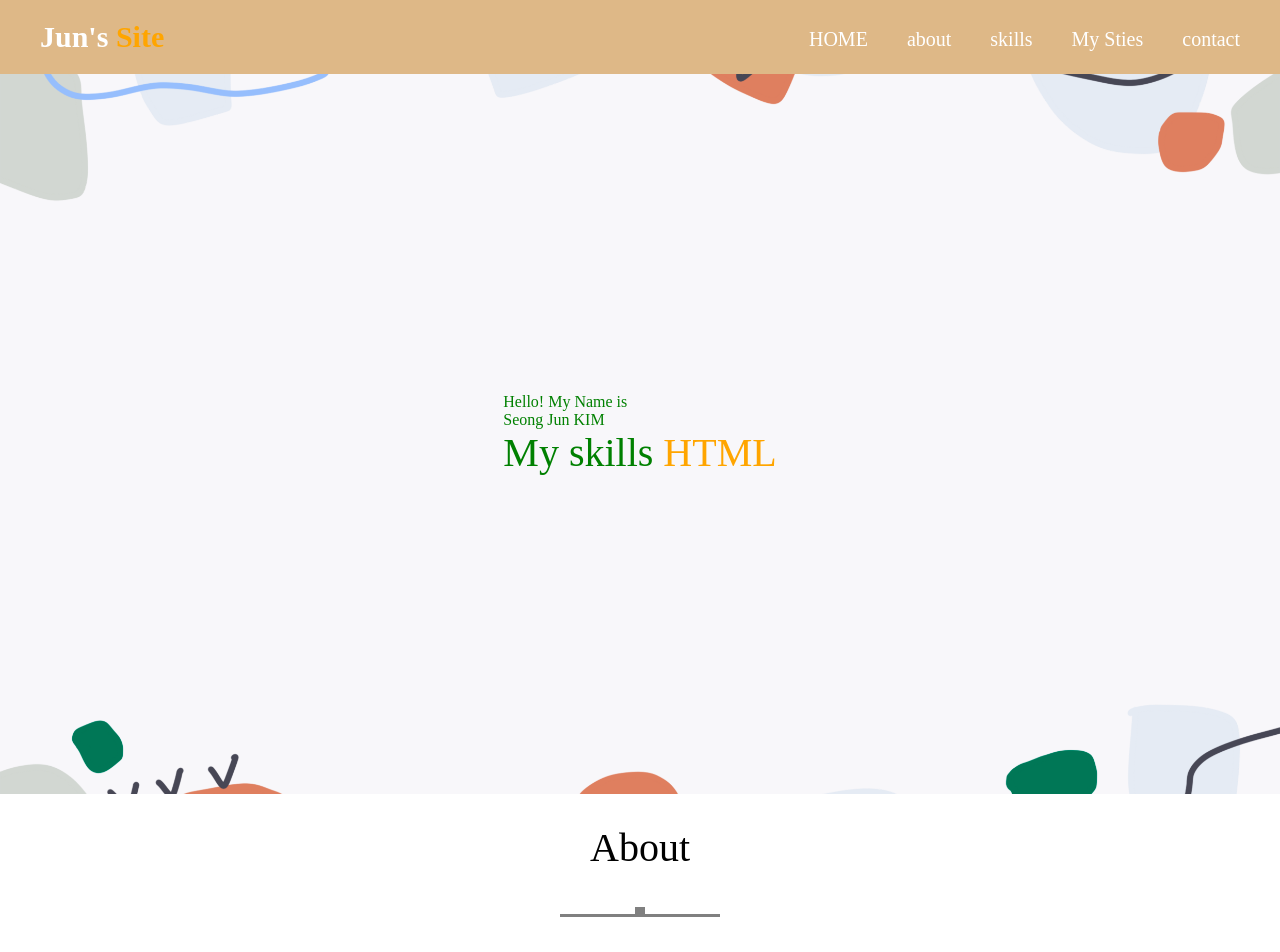
Repository: jun01270/jun
Page: index.html
The author's editor kept a copy of each file at every save. The page is drawn from the files as they stood at one save, then again after the next save.
The browser window is 1280 px wide. The pictures show the part of the page from y = 0 to 952 px (the page is 2474 px tall).
A picture or video elsewhere on the page could not be fetched, so the positions and the page height are approximate. Some web libraries are served in a nearby version.

Above is the page before, as saved 2023-05-10 11:32:43.

### index.html
<!DOCTYPE html>
<html lang="en">
  <head>
    <meta charset="UTF-8" />
    <meta http-equiv="X-UA-Compatible" content="IE=edge" />
    <meta name="viewport" content="width=device-width, initial-scale=1.0" />
    <link rel="stylesheet" href="./css/style.css" />
    <link rel="stylesheet" href="./css/home.css" />
    <script
      src="https://kit.fontawesome.com/252eac6dbf.js"
      crossorigin="anonymous"
    ></script>
    <title>Jun's site</title>
  </head>
  <body>
    <nav class="navbar">
      <div class="max-width">
        <div class="logo">
          <a href="#home">Jun's <span>Site</span></a>
        </div>
        <ul class="menu-bar">
          <li><a href="#home" class="menu-btn" id="homeID">HOME</a></li>
          <li><a href="#about" class="menu-btn" id="homeID">about</a></li>
          <li><a href="#skills" class="menu-btn">skills</a></li>
          <li><a href="#my-sites" class="menu-btn">My Sties</a></li>
          <li><a href="#contact" class="menu-btn">contact</a></li>
        </ul>
      </div>
    </nav>

    <!--home섹션-->
    <section class="home" id="home">
      <div class="max-width">
        <div class="home-section">
          <div class="text-1">Hello! My Name is</div>
          <div class="text-2">Seong Jun KIM</div>
          <div class="text-3">My skills <span class="typing1">HTML</span></div>
        </div>
      </div>
    </section>

    <!--about섹션-->
    <section class="about">
      <div class="max-width">
        <h2 class="title">About</h2>
        <div class="about-content">
          <div class="left-column"></div>
          <div class="right-column">
            <div class="about-text">I'm Seong Jun KIM</div>
            <div class="about-skills">
              My skills <span class="typing2">HTML</span>
            </div>
            <p>
              안녕하세요 프론트엔드 개발자를 꿈꾸는 주니어 개발자 김성준입니다.
            </p>
          </div>
        </div>
      </div>
    </section>

    <!--skills섹션-->
    <section class="skills">
      <div class="max-width">
        <h2 class="title">My Skills</h2>
        <div class="skills-content">
          <div class="left-column">
            <div class="skills-text">
              <div class="sub-title">My skills & Experience</div>
              <p>HTML, Css, js , react를 다루고 있습니다.</p>
            </div>
          </div>
          <div class="rigth-column">
            <div class="bars">
              <div class="bars-content">
                <span>HTML</span>
                <span>90%</span>
              </div>
              <div class="line-html"></div>
            </div>
            <div class="bars">
              <div class="bars-content">
                <span>Css</span>
                <span>80%</span>
              </div>
              <div class="line-css"></div>
            </div>
            <div class="bars">
              <div class="bars-content">
                <span>JS</span>
                <span>80%</span>
              </div>
              <div class="line-js"></div>
            </div>
            <div class="bars">
              <div class="bars-content">
                <span>React</span>
                <span>80%</span>
              </div>
              <div class="line-react"></div>
            </div>
          </div>
        </div>
      </div>
    </section>

    <!--My sties섹션-->
    <section class="my-sites">
      <div class="max-width">
        <h2 class="title">My Sites</h2>
        <div class="my-sites-content">
          <div class="left-column">
            <a href="https://web-jun.tistory.com/" target="_blank">
              <div class="site">
                <div class="site-images">
                  <img src="/img/blog.jpg" alt="" />
                  <div class="site-text">BLOG</div>
                  <p>개발하는 블로그입니다.</p>
                </div>
              </div>
            </a>
          </div>
          <div class="right-column">
            <a href="https://github.com/jun01270" target="_blank">
              <div class="site">
                <div class="site-images">
                  <img src="/img/github.jpg" alt="" />
                  <div class="site-text">BLOG</div>
                  <p>깃허브 사이트입니다.</p>
                </div>
              </div>
            </a>
          </div>
        </div>
      </div>
    </section>

    <!--Contact 섹션-->
    <section class="contact">
      <div class="max-width">
        <h2 class="title">Contact me</h2>
        <div class="contact-content">
          <div class="left-column">
            <div class="contact-text">My information</div>
            <p>
              동양미래대학교 컴퓨터소프트웨어공학과를 졸업하여 프론트엔드
              개발자가 되고싶은 주니어 개발자입니다.
            </p>
            <div class="icons-content">
              <i class="fas fa-user"></i>
              <div class="info">
                <div class="head">Name</div>
                <div class="tail">Seong Jun KIM</div>
              </div>
            </div>
            <div class="icons-content">
              <i class="fas fa-envelope"></i>
              <div class="info">
                <div class="head">E-mail</div>
                <div class="tail">kimsj012731@gmail.com</div>
              </div>
            </div>
            <div class="icons-content">
              <i class="fas fa-map-marked-alt"></i>
              <div class="info">
                <div class="head">Address</div>
                <div class="tail">경기도 광명시</div>
              </div>
            </div>
          </div>
          <div class="right-column">
            <div class="contact-text">Message Me!</div>
            <form action="#">
              <div class="fields">
                <div class="fields name">
                  <input type="text" placeholder="Name" />
                </div>
                <div class="fields Email">
                  <input type="email" placeholder="E-mail" />
                </div>
              </div>
              <div class="fields subject">
                <input type="text" placeholder="Subject" />
              </div>
              <div class="fields contact-area">
                <textarea
                  cols="30"
                  rows="10"
                  placeholder="Contact.. "
                  required
                ></textarea>
              </div>
              <div class="button">
                <button type="submit">Send Message</button>
              </div>
            </form>
          </div>
        </div>
      </div>
    </section>

    <!--Footer섹션-->
    <footer></footer>

    <!--JS섹션-->
  </body>
</html>

### css/style.css
@import url("https://fonts.googleapis.com/css2?family=Lora&display=swap");

* {
  margin: 0;
  padding: 0;
  box-sizing: border-box;
  text-decoration: none;
}

html {
  scroll-behavior: smooth;
}

.home .about .skills .my-sites .contact {
  padding-top: 86px;
}

.max-width {
  max-width: 1300px;
  padding: 0 20px;
  margin: auto;
}

.section {
  padding: 100px 0;
}

/* .about, .skills, .my-sites, .contact, .footer{
    //폰트삽입
} */

.title {
  position: relative;
  text-align: center;
  font-size: 40px;
  font-weight: 500;
  margin: 30px 0 100px 0;
  padding-bottom: 8px;
}

.title::before {
  content: "";
  position: absolute;
  bottom: -38px;
  left: 50%;
  width: 160px;
  height: 3px;
  background-color: gray;
  transform: translateX(-50%);
}

.title::after {
  content: "";
  position: absolute;
  bottom: -38px;
  left: 50%;
  font-size: 20px;
  color: rgb(255, 164, 45);
  padding: 5px;
  background-color: gray;
  transform: translateX(-50%);
}

.about .about-content,
.skills .skills-content,
.my-sites .my-sites-content,
.contact .contact-content {
  display: flex;
  align-items: center;
  flex-wrap: wrap;
  justify-content: space-between;
}

.navbar {
  position: relative;
  width: 100%;
  padding: 20px 0;
  z-index: 999;
  transition: all 0.3s ease;
  background-color: burlywood;
}

.navbar .max-width {
  display: flex;
  align-items: center;
  justify-content: space-between;
}

.navbar .logo {
  font-size: 30px;
  font-weight: 600;
  margin-left: 20px;
  color: black;
}

.navbar .logo a {
  color: white;
  text-decoration: none;
}

.navbar .logo a span {
  color: orange;
  transition: all 0.3s ease;
}

.navbar .menu-bar li {
  list-style: none;
  margin: 5px 20px 0 0;
  display: inline-block;
}

.navbar .menu-bar li a {
  display: block;
  text-decoration: none;
  font-size: 20px;
  font-weight: 500;
  margin-left: 15px;
  transition: all 0.3s ease;
}

.menu-bar li:hover {
  background-color: orange;
  border-radius: 3px;
}

.navbar.sticky {
  padding: 20px 0;
  background-color: black;
}

.navbar.sticky .logo a span {
  color: white;
}

.navbar.sticky .menu-bar li a:hover {
  color: white;
}

.navbar .menu-btn {
  color: white;
  font-size: 25px;
  display: none;
  cursor: pointer;
}

@media screen and (max-width: 700px) {
  .navbar {
    flex-direction: column;
    align-items: flex-start;
    margin: 0;
  }

  .menu-bar {
    flex-direction: column;
    align-items: center;
    width: 100%;
  }

  .menu-bar li {
    width: 100%;
    text-align: center;
  }
}

### css/home.css
.home {
  display: flex;
  height: 100vh;
  min-height: 500px;
  color: green;
  background: url("../img/background.png") no-repeat center;
  background-size: cover;
}

.home max-width {
  margin: auto 0 auto 40px;
}

.home .home-section .text1 {
  font-size: 30px;
}

.home .home-section .text2 {
  font-size: 75px;
  font-weight: 600;
}

.home .home-section .text-3 {
  font-size: 40px;
}

.home .home-section .text-3 span {
  color: orange;
  font-weight: 500;
}

After the next save:
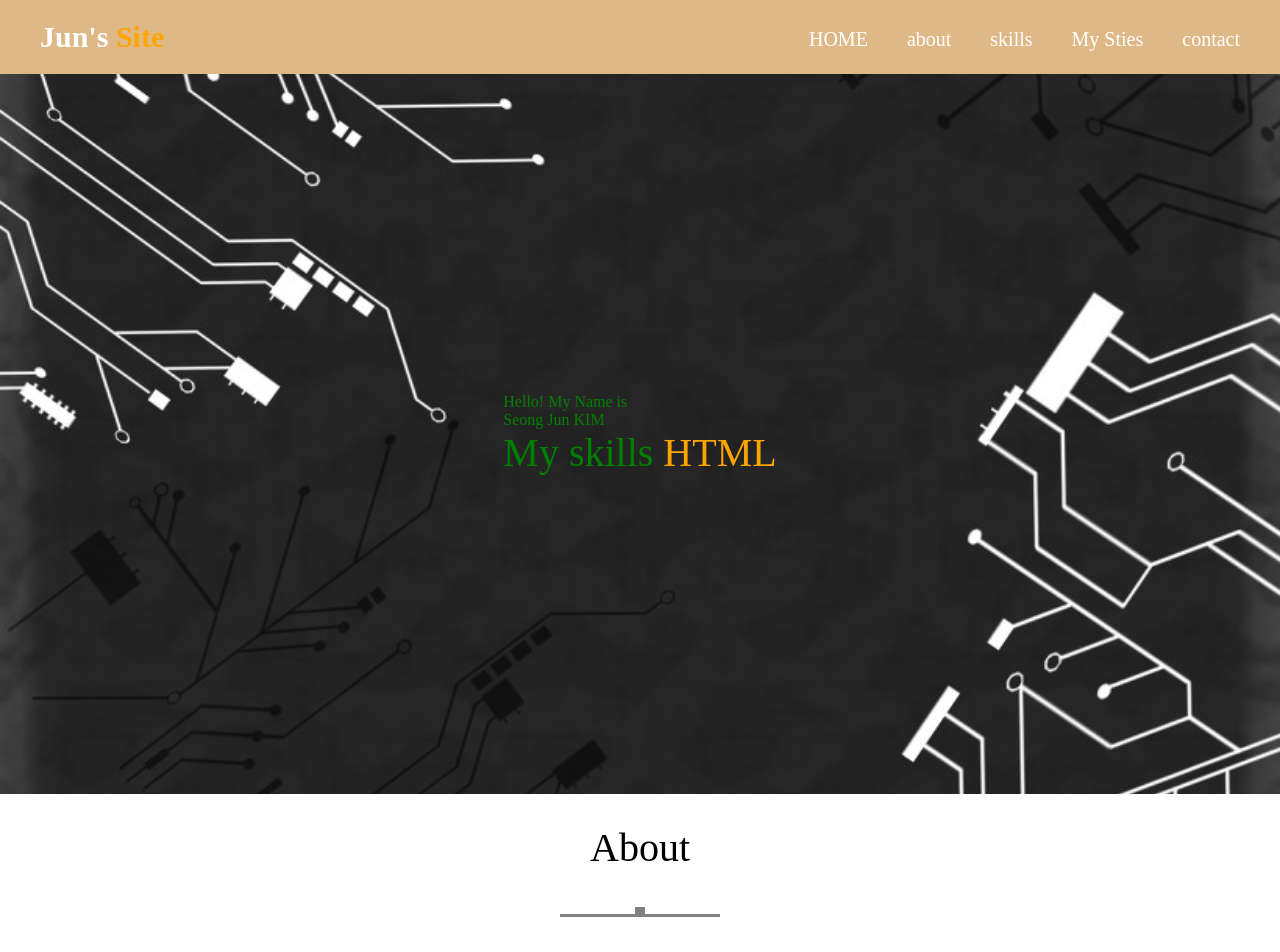
Saved 2 min 6 s later.
--- a/css/home.css
+++ b/css/home.css
@@ -3,7 +3,7 @@
   height: 100vh;
   min-height: 500px;
   color: green;
-  background: url("../img/background.png") no-repeat center;
+  background: url("../img/back.jpg") no-repeat center;
   background-size: cover;
 }
 
